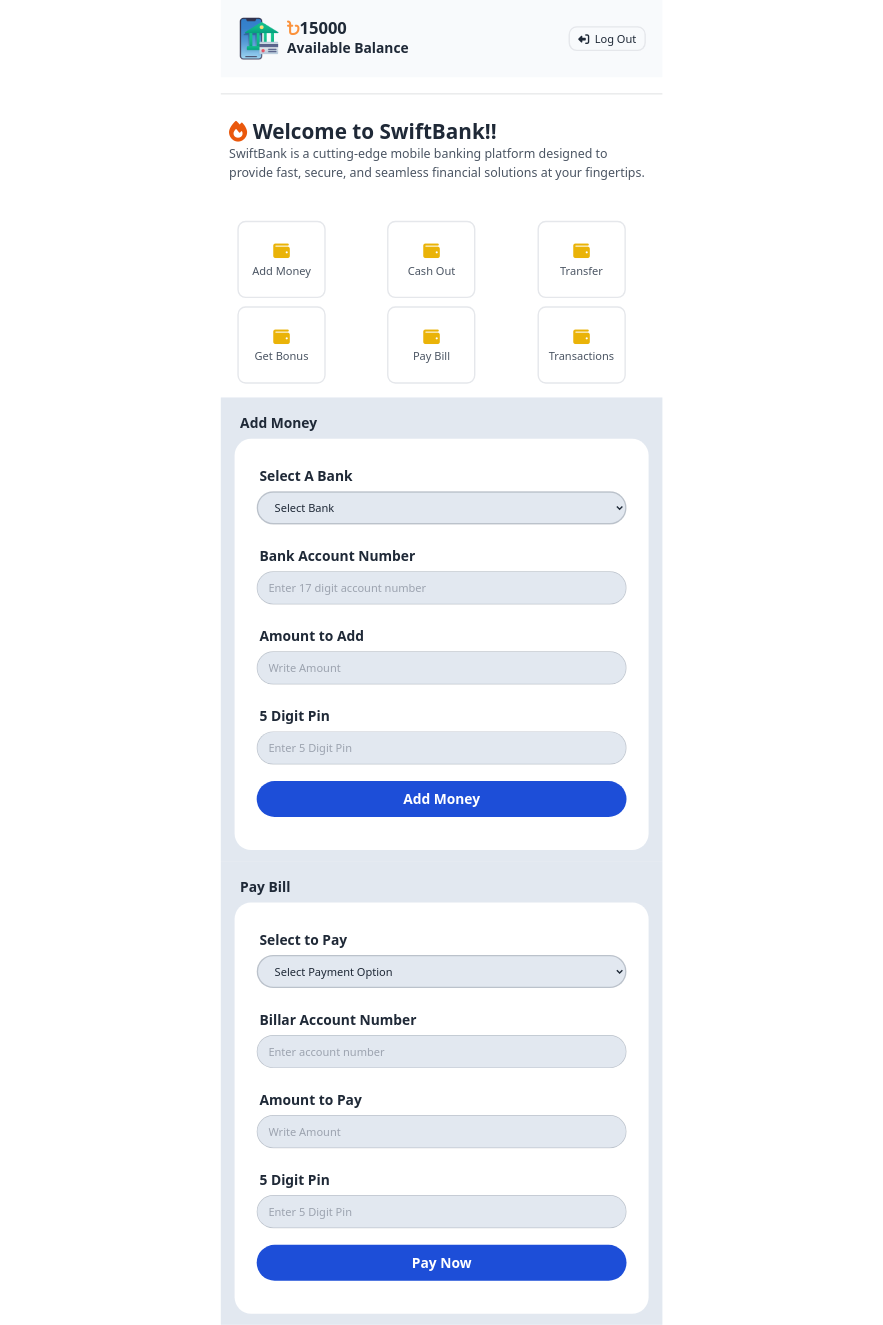
Repository: mukaddam-coder/swift-bank-mobile-banking
Page: home.html
An editor plug-in stored every save of this project. The page is shown before and after the next save, followed by the edit.
The browser window is 1280 px wide. The pictures show the whole page, at 69% of full size.
Some web libraries are served in a nearby version.

Above is the page before, as saved 2024-12-14 04:02:23.

### home.html
<!DOCTYPE html>
<html lang="en">
<head>
    <meta charset="UTF-8">
    <meta name="viewport" content="width=device-width, initial-scale=1.0">
    <title>SwiftBank</title>
    <!-- Fontawesome CDN -->
    <script src="https://kit.fontawesome.com/c4e7b2ed2f.js" crossorigin="anonymous"></script>
    <!-- Google Fonts -->
    <link rel="preconnect" href="https://fonts.googleapis.com">
    <link rel="preconnect" href="https://fonts.gstatic.com" crossorigin>
    <link href="https://fonts.googleapis.com/css2?family=Montserrat:ital,wght@0,100..900;1,100..900&display=swap" rel="stylesheet">
    <!-- Tailwind + DaisyUi CDN -->
    <link href="https://cdn.jsdelivr.net/npm/daisyui@4.12.19/dist/full.min.css" rel="stylesheet" type="text/css" />
    <script src="https://cdn.tailwindcss.com"></script>

</head>
<body>

<main>
  <div class="w-1/2 mx-auto p-6 bg-slate-50 h-full flex justify-between items-center">
    <div class="flex gap-2">
        <!-- Logo -->
    <div>
    <img class="w-16 h-16" src="images/mobile-banking.png">
    </div>
    <div>
   <h2 class="text-2xl font-bold" id="main-balance">
   <i class="fa-solid fa-bangladeshi-taka-sign text-orange-400"></i>15000</h2>
   <p class="font-semibold text-xl">Available Balance</p>
</div>
</div>
<div>
<button class="border-2 w-28 px-1 py-1 rounded-xl"> <i class="fa-solid fa-right-from-bracket rotate-180 mr-2"></i>Log Out</button>
</div>
        </div>
    <div class="divider w-1/2 mx-auto"></div>
    <!-- Greetings Section -->
        <section class="w-1/2 mx-auto p-3">
            <h1 class="font-bold text-3xl"><i class="fa-solid fa-fire text-orange-600 text-3xl mr-2"></i>Welcome to SwiftBank!!</h1>
            <p class="text-gray-600 text-lg">
                SwiftBank is a cutting-edge mobile banking platform designed to provide fast, secure, and seamless financial solutions at your fingertips.
            </p>
        </section>
     <!-- User Actionable Dashboard -->

     <section class="w-1/2 mx-auto py-8 grid grid-cols-3 gap-3">

            <div class="w-32 h-28 ml-3 p-3">
                <button id="show-add-money-section" class="border-2 w-32 h-28 rounded-xl bg-white text-gray-600">
                    <p>
                <i class="fa-solid fa-wallet text-yellow-500 text-2xl"></i>
                    </p>
                Add Money
            </button>
                </div>
                <div class="w-32 h-28 ml-3 p-3">
                <button id="show-cash-out-section" class="border-2 w-32 h-28 rounded-xl bg-white text-gray-600">
                    <p>
                <i class="fa-solid fa-wallet text-yellow-500 text-2xl"></i>
                    </p>
                Cash Out
            </button>
                </div>
                <div class="w-32 h-28 ml-3 p-3">
                <button id="show-money-transfer-section" class="border-2 w-32 h-28 rounded-xl bg-white text-gray-600">
                    <p>
                <i class="fa-solid fa-wallet text-2xl text-yellow-500"></i>
                    </p>
                Transfer
            </button>
                </div>
                <div class="w-32 h-28 ml-3 p-3">
                <button id="show-get-bonus-section" class="border-2 w-32 h-28 rounded-xl bg-white text-gray-600">
                    <p>
                <i class="fa-solid fa-wallet text-2xl text-yellow-500"></i>
                    </p>
                Get Bonus
            </button>
                </div>
                <div class="w-32 h-28 ml-3 p-3">
                <button class="border-2 w-32 h-28 rounded-xl bg-white text-gray-600">
                    <p>
                <i class="fa-solid fa-wallet text-2xl text-yellow-500"></i>
                    </p>
                Pay Bill
            </button>
                </div>
                <div class="w-32 h-28 ml-3 p-3">
                <button class="border-2 w-32 h-28 rounded-xl bg-white text-gray-600">
                    <p>
                <i class="fa-solid fa-wallet text-2xl text-yellow-500"></i>
                    </p>
                Transactions
            </button>
    </div>
      </section>
      <!-- Add Money Section Start -->
      <section id ="add-money-section" class="w-1/2 mx-auto px-5 py-4 bg-slate-200">
        <h2 class="p-2 font-bold text-xl">Add Money</h2>
        <form class="card-body bg-white rounded-3xl">
            <div class="form-control mb-4">
              <label class="label">
                <span class="label-text font-semibold text-xl">Select A Bank</span>
              </label>
              <select id="bank"  class="input-bordered rounded-full bg-slate-200 h-12 px-5 border-2">
                <option value="Select Bank">Select Bank</option>
                <option value="AB Bank PLC">AB Bank PLC</option>
                <option value="Bangladesh Commerce Bank Limited">Bangladesh Commerce Bank Limited</option>
                <option value="Islami Bank Bangladesh PLC">Islami Bank Bangladesh PLC</option>
                <option value="Dutch-Bangla Bank PLC">Dutch-Bangla Bank PLC</option>
                <option value="Jamuna Bank Limited">Jamuna Bank Limited</option>
                <option value="Trust Bank PLC">Trust Bank PLC</option>
              </select>
              </div>

            <div class="form-control mb-4">
              <label class="label">
                <span class="label-text font-semibold text-xl">Bank Account Number</span>
              </label>
              <input id="input-bank-account-field" type="text" placeholder="Enter 17 digit account number" class="input input-bordered rounded-full bg-slate-200" required />

            </div>
            <div class="form-control mb-4">
              <label class="label">
                <span class="label-text font-semibold text-xl">Amount to Add</span>
              </label>
              <input id="input-amount-field" type="text" placeholder="Write Amount" class="input input-bordered rounded-full bg-slate-200" required />

            </div>
            <div class="form-control mb-4">
              <label class="label">
                <span class="label-text font-semibold text-xl">5 Digit Pin</span>
              </label>
              <input id="input-add-money-pin-number" type="password" placeholder="Enter 5 Digit Pin" class="input input-bordered rounded-full bg-slate-200" required />

            </div>


            <div class="form-control mb-4">
              <button id="btn-add-money" class="bg-blue-700 font-bold text-xl text-white p-3 rounded-full">Add Money</button>
            </div>
          </form>
      </section>
      <!-- Add Money Section End -->

      <!-- Cash Out Section Start -->
      <section id ="cash-out-section" class="hidden w-1/2 mx-auto px-5 py-4 bg-slate-200">
        <h2 class="p-2 font-bold text-xl">Cash Out</h2>
        <form class="card-body bg-white rounded-3xl">
            <div class="form-control mb-4">
              <label class="label">
                <span class="label-text font-semibold text-xl">Agent Number</span>
              </label>
              <input type="number" id="input-cash-out-phone" placeholder="Enter 11 digit number" class="input input-bordered rounded-full bg-slate-200" maxlength="11" required >
              </div>
             <div class="form-control mb-4">
              <label class="label">
                <span class="label-text font-semibold text-xl">Withdrawal Amount</span>
              </label>
              <input id="input-cash-out-field" type="text" placeholder="Write Amount" class="input input-bordered rounded-full bg-slate-200" required />
            </div>
            <div class="form-control mb-4">
              <label class="label">
                <span class="label-text font-semibold text-xl">5 Digit Pin</span>
              </label>
              <input id="input-cash-out-pin-number" type="password" placeholder="Enter 5 Digit Pin" class="input input-bordered rounded-full bg-slate-200" required />
              </div>
          <div class="form-control mb-4">
              <button id="btn-cash-out" class="bg-blue-700 font-bold text-xl text-white p-3 rounded-full">Cash Out</button>
            </div>
          </form>
      </section>
     <!-- Cash Out Section End -->

     <!-- Money Transfer Section Start -->
     <section id ="money-transfer-section" class="hidden w-1/2 mx-auto px-5 py-4 bg-slate-200">
      <h2 class="p-2 font-bold text-xl">Money Transfer</h2>
      <form class="card-body bg-white rounded-3xl">
          <div class="form-control mb-4">
            <label class="label">
              <span class="label-text font-semibold text-xl">User Account Number</span>
            </label>
            <input type="number" id="input-money-transfer-number" placeholder="Enter 11 digit number" class="input input-bordered rounded-full bg-slate-200" maxlength="11" required >
            </div>
           <div class="form-control mb-4">
            <label class="label">
              <span class="label-text font-semibold text-xl">Amount</span>
            </label>
            <input id="input-money-transfer-amount" type="text" placeholder="Enter Amount to transfer" class="input input-bordered rounded-full bg-slate-200" required />
          </div>
          <div class="form-control mb-4">
            <label class="label">
              <span class="label-text font-semibold text-xl">5 Digit Pin</span>
            </label>
            <input id="input-money-transfer-pin" type="password" placeholder="Enter 5 Digit Pin" class="input input-bordered rounded-full bg-slate-200" required />
            </div>
           <div class="form-control mb-4">
            <button id="btn-money-transfer" class="bg-blue-700 font-bold text-xl text-white p-3 rounded-full">Send Now</button>
          </div>
        </form>
    </section>
     <!-- Money Transfer Section End -->

     <!-- Get Bonus Section Start -->
     <section id ="get-bonus-section" class="hidden w-1/2 mx-auto px-5 py-4 bg-slate-200">
      <h2 class="p-2 font-bold text-xl">Get Bonus</h2>
      <form class="card-body bg-white rounded-3xl">
          <div class="form-control mb-4">
            <label class="label">
              <span class="label-text font-semibold text-xl">Bonus Coupon</span>
            </label>
            <input type="text" id="input-bonus-coupon" placeholder="Enter coupon code" class="input input-bordered rounded-full bg-slate-200" maxlength="11" required >
            </div>

           <div class="form-control mb-4">
            <button id="btn-get-bonus" class="bg-blue-700 font-bold text-xl text-white p-3 rounded-full">Get Bonus</button>
          </div>
        </form>
    </section>
     <!-- Get Bonus Section End -->

     <!-- Pay Bill Section Start -->
     <section id ="add-money-section" class="w-1/2 mx-auto px-5 py-4 bg-slate-200">
      <h2 class="p-2 font-bold text-xl">Pay Bill</h2>
      <form class="card-body bg-white rounded-3xl">
          <div class="form-control mb-4">
            <label class="label">
              <span class="label-text font-semibold text-xl">Select to Pay</span>
            </label>
            <select id="bank"  class="input-bordered rounded-full bg-slate-200 h-12 px-5 border-2">
              <option value="Select option">Select Payment Option</option>
              <option value="Electricity Bill">Electricity Bill</option>
              <option value="Gas Bill">Gas Bill</option>
              <option value="Water Bill">Water Bill</option>
              <option value="Internet Bill">Internet Bill</option>
              <option value="Mobile Recharge">Mobile Recharge</option>
              <option value="Tax Payments">Tax Payments</option>
              <option value="College/University Tuition Fees">College/University Tuition Fees</option>
              <option value="Bus/Train Tickets">Bus/Train Tickets</option>
              <option value="Bus/Train Tickets">Passport or Visa Fees</option>
              <option value="Credit Card Bill Payments">Credit Card Bill Payments</option>
            </select>
            </div>
           <div class="form-control mb-4">
            <label class="label">
              <span class="label-text font-semibold text-xl">Billar Account Number</span>
            </label>
            <input id="input-billar-account-number-field" type="text" placeholder="Enter account number" class="input input-bordered rounded-full bg-slate-200" required />
            </div>
          <div class="form-control mb-4">
            <label class="label">
              <span class="label-text font-semibold text-xl">Amount to Pay</span>
            </label>
            <input id="input-pay-bill-amount-field" type="text" placeholder="Write Amount" class="input input-bordered rounded-full bg-slate-200" required />
            </div>
          <div class="form-control mb-4">
            <label class="label">
              <span class="label-text font-semibold text-xl">5 Digit Pin</span>
            </label>
            <input id="input-pay-bill-pin-number" type="password" placeholder="Enter 5 Digit Pin" class="input input-bordered rounded-full bg-slate-200" required />
            </div>
          <div class="form-control mb-4">
            <button id="btn-pay-bill" class="bg-blue-700 font-bold text-xl text-white p-3 rounded-full">Pay Now</button>
          </div>
        </form>
    </section>
     <!-- Pay Bill Section End -->
      <script src="Jscript/utilities.js"></script>
      <script src="Jscript/add-money.js"></script>
      <script src="Jscript/cash-out.js"></script>
      <script src="Jscript/features.js"></script>
      <script src="Jscript/money-transfer.js"></script>
      <script src="Jscript/bonus.js"></script>
       </main>

</body>
</html>

### Jscript/utilities.js
function getInputFieldValueById(id){
    const inputValue = document.getElementById(id).value;
    const inputNumber = parseFloat(inputValue);
    return inputNumber;
}


function getTextFieldValueById(id){
    const textValue = document.getElementById(id).innerText;
    const textNumber = parseFloat(textValue);
    return textNumber;
}

function showSectionById(id){
    // Hide all the section
    document.getElementById('add-money-section').classList.add('hidden');
    document.getElementById('cash-out-section').classList.add('hidden');
    document.getElementById('money-transfer-section').classList.add('hidden');
    document.getElementById('get-bonus-section').classList.add('hidden');
//    Show the section with the provided id
    document.getElementById(id).classList.remove('hidden');
};

### Jscript/add-money.js
document.getElementById('btn-add-money').addEventListener('click', function(event){
    event.preventDefault();
   const addMoney = getInputFieldValueById('input-amount-field');
   const pinNumber = getInputFieldValueById('input-add-money-pin-number');
   const bankAccNumber = getInputFieldValueById('input-bank-account-field');
   const mainBalance = getTextFieldValueById('main-balance');

    if(isNaN(addMoney)){
        alert('Please enter a positive number to add money.');
        return;
    }

    if(addMoney <= 0 ){
        alert('Please enter a positive number to add money.')
    }

   if(pinNumber === 19945 && bankAccNumber === 20501400204694805){
        const newBalance = mainBalance + addMoney;
        document.getElementById('main-balance').innerText = newBalance;
   }
   else{
    alert('Failed to add money!Please try again.')
   }
})

### Jscript/cash-out.js
document.getElementById('btn-cash-out').addEventListener('click', function(event){
    event.preventDefault();
    const cashOut = getInputFieldValueById('input-cash-out-field');
    const cashOutPin = getInputFieldValueById('input-cash-out-pin-number');
    const agentNumber = getInputFieldValueById('input-cash-out-phone');


    if(isNaN(cashOut)){
        alert('Please enter a positive number to cash out.')
        return;
    }
    if(cashOut <= 0){
        alert('Please enter a valid amount to cash out.')
        return;
    }

    if(cashOut > mainBalance){
        alert('You do not have sufficient balance to cash out.');
        return;
    }

    if(cashOutPin === 19945 && agentNumber === 1735109219){
        const mainBalance = getTextFieldValueById('main-balance');
        const newBalance = mainBalance - cashOut;
     document.getElementById('main-balance').innerText = newBalance;
    }
    else{
        alert('Failed to cash out! Please try again.')
    }
})

### Jscript/features.js

// The add money section will show when the add money button is clicked.
document.getElementById('show-add-money-section').addEventListener('click', function(){
    showSectionById('add-money-section');
});

// The cash-out section will show when the cash-out button is clicked.
document.getElementById('show-cash-out-section').addEventListener('click', function(){
    showSectionById('cash-out-section')
});

// The money transfer section will show when the money transfer button is clicked.

document.getElementById('show-money-transfer-section').addEventListener('click', function(){
    showSectionById('money-transfer-section');
});


document.getElementById('show-get-bonus-section').addEventListener('click', function(){
    showSectionById('get-bonus-section');
});

### Jscript/money-transfer.js
document.getElementById('btn-money-transfer').addEventListener('click', function(event){
      event.preventDefault();
      const userAccountNumber = getInputFieldValueById('input-money-transfer-number');
      const transferMoneyAmount = getInputFieldValueById('input-money-transfer-amount');
      const transferMoneyPin = getInputFieldValueById('input-money-transfer-pin');

      const mainBalance = getTextFieldValueById('main-balance');

    //   Validate transfer money
      if(isNaN(transferMoneyAmount)){
        alert('Please enter a positive number to transfer money.');
        return;
      }

      if(transferMoneyAmount <= 0){
        alert('Please enter a valid amount to transfer money.');
        return;
      }

      if(transferMoneyAmount > mainBalance){
        alert('You do not have sufficient balance to transfer.')
      }

      if(transferMoneyPin === 19945 && userAccountNumber === 1621414498){

        const newBalance = mainBalance - transferMoneyAmount;
        document.getElementById('main-balance').innerText = newBalance;
      }
      else{
        alert('Failed to transfer money! Please try again.')
      }
})

### Jscript/bonus.js
document.getElementById('btn-get-bonus').addEventListener('click', function(event){
    event.preventDefault();
    const getBonusInput = document.getElementById('input-bonus-coupon').value.trim();
    const mainBalanceText = document.getElementById('main-balance').innerText;
    const mainBalance = parseFloat(mainBalanceText);
    const couponCode = 'BONUS10';

    if(getBonusInput === couponCode){
        const bonusAmount = 100;
        const newBalance = mainBalance + bonusAmount;
        document.getElementById('main-balance').innerText = newBalance;
    }
    else{
        alert('Invalid Coupon Code! Please try again.')
    }
})

After the next save:
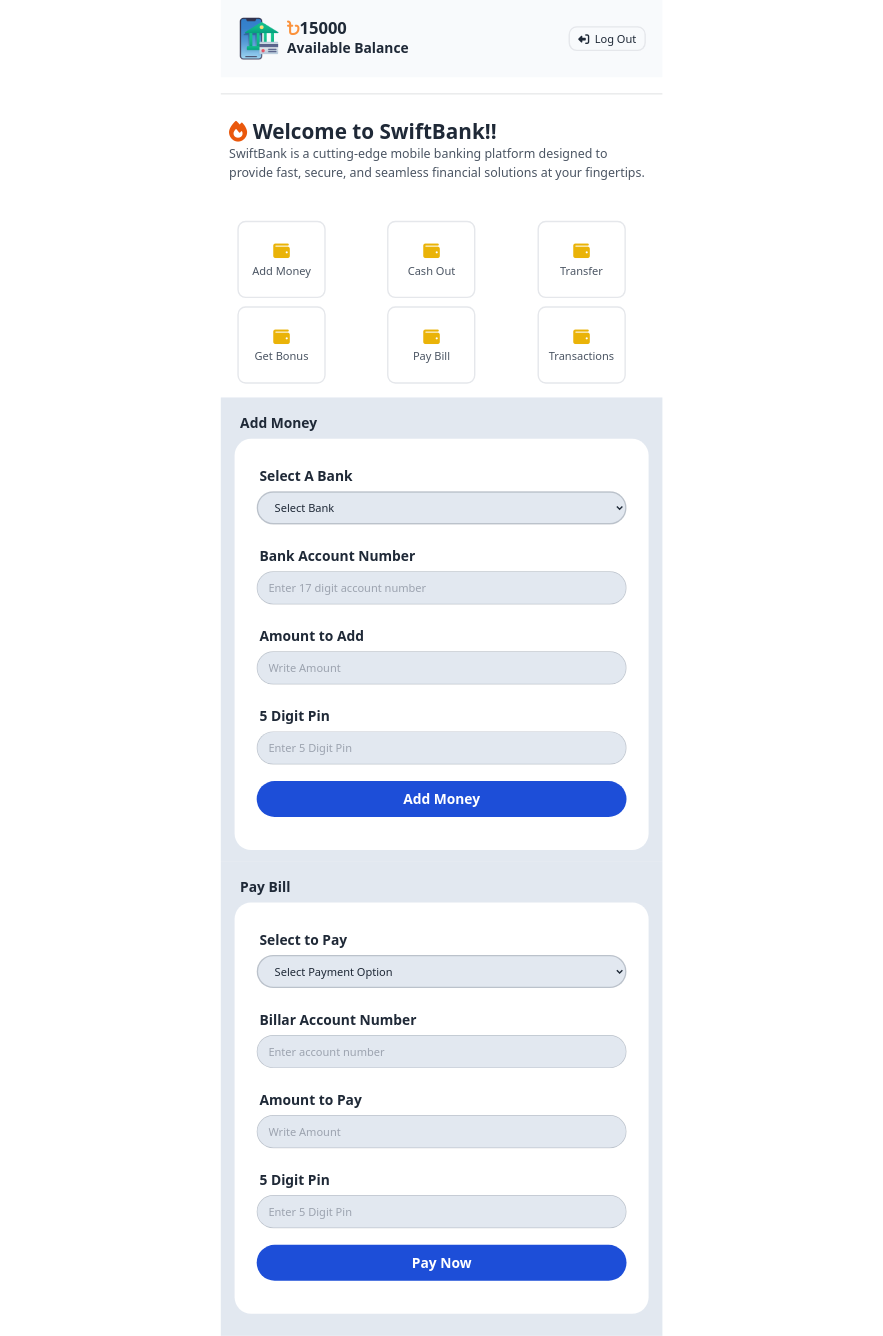
Saved 14 h 2 min later.
--- a/home.html
+++ b/home.html
@@ -264,6 +264,8 @@
             <button id="btn-pay-bill" class="bg-blue-700 font-bold text-xl text-white p-3 rounded-full">Pay Now</button>
           </div>
         </form>
+        <!-- Result Message -->
+        <p id="result-message" class="text-center font-bold text-lg mt-4"></p>
     </section>
      <!-- Pay Bill Section End -->
       <script src="Jscript/utilities.js"></script>
